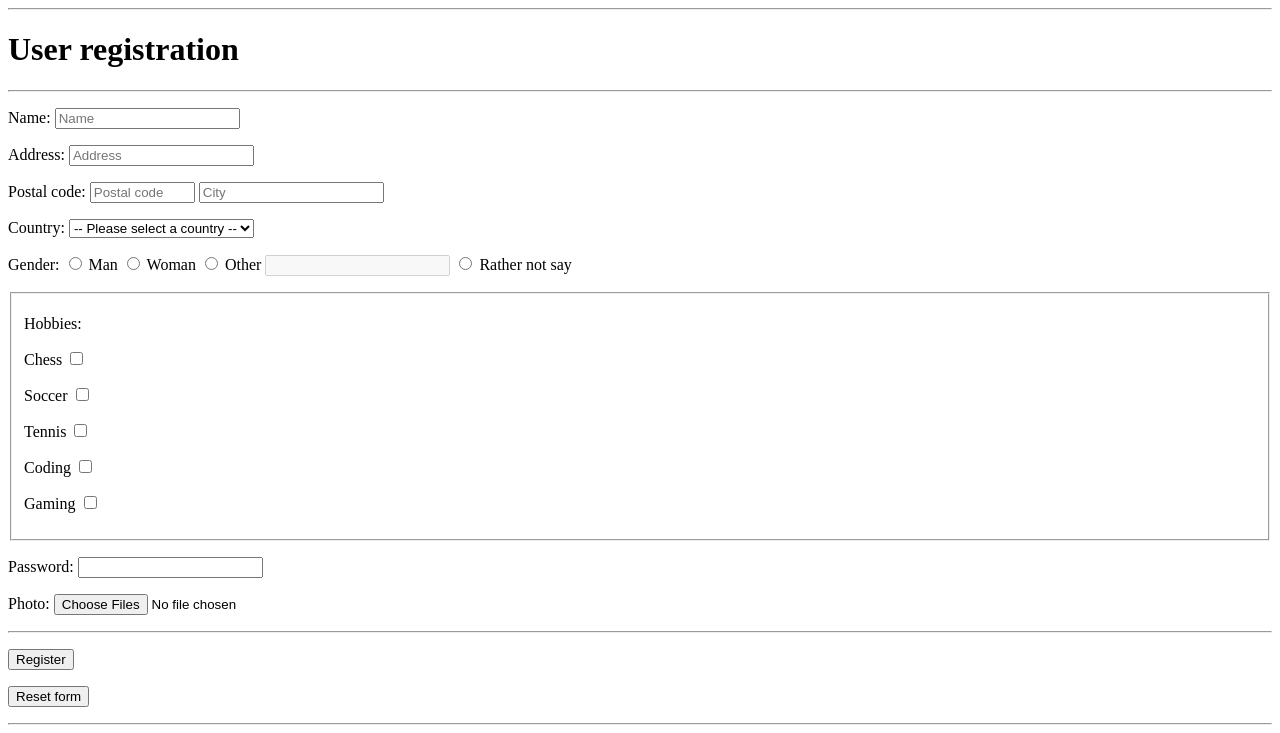
Repository: Filip-Husic/AW_frontend
Page: ex3Forms.html
These files come from the project's save history. The page is drawn as it stood at one moment and after a run of saves; the edit follows.
The browser window is 1280 px wide. The pictures show the whole page.

Above is the page before, as saved 2022-11-23 14:03:28.
Console error: TypeError: Cannot set properties of null (setting 'onclick')

After the next 2 saves:
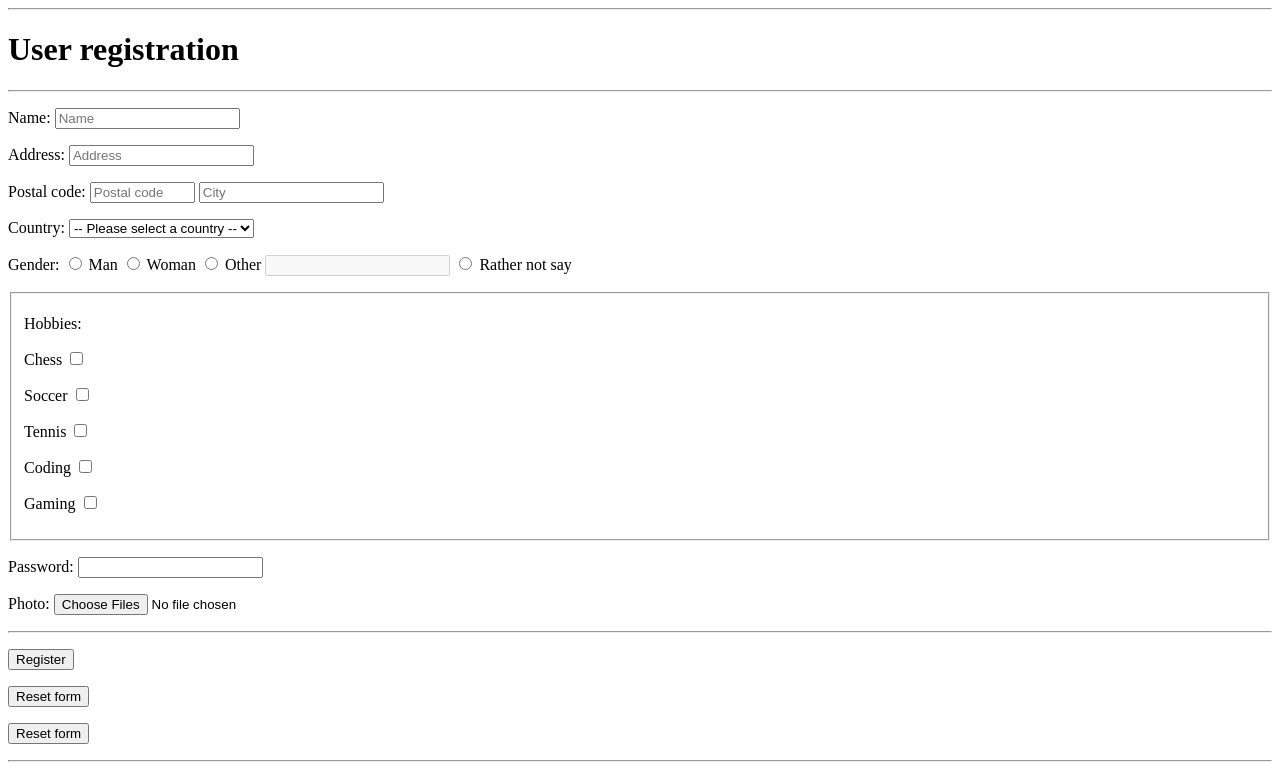
The 2 saves are shown as one change because they came seconds apart.
The last was saved 11 s later.
--- a/ex3Forms.html
+++ b/ex3Forms.html
@@ -129,6 +129,9 @@
         <p>
             <input type="reset" id="btReset" name="btReset" value="Reset form"></input>
         </p>
+        <p>
+            <input type="button" id="btReset" name="btReset" value="Reset form"></input>
+        </p>
         <hr>
     </form>
 </body>
